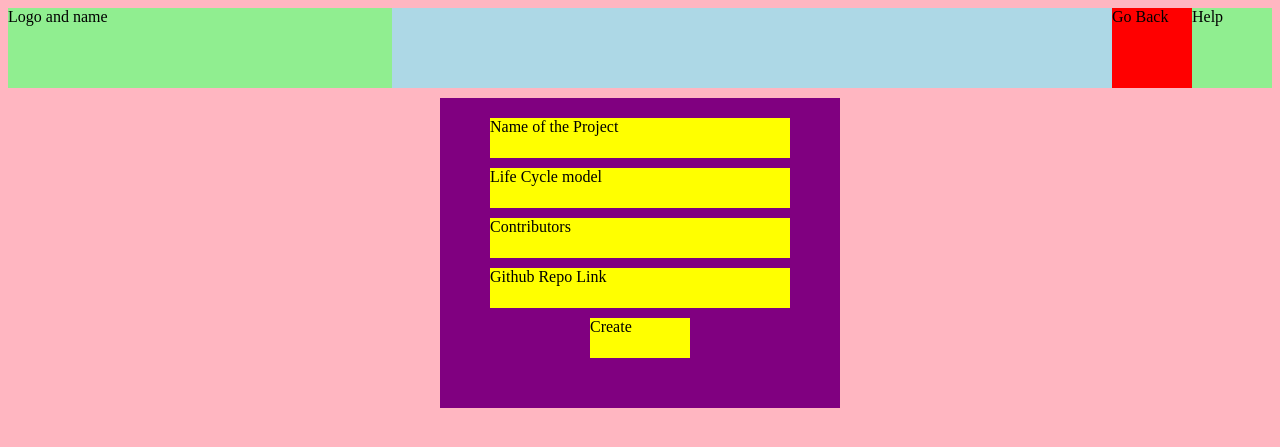
Repository: poornasyamasundar/Software-Project-Manager
Page: SoftwareManager/Templates/newProject.html
These files come from the project's save history. The page is drawn as it stood at one moment and after the next save; the edit follows.
The browser window is 1280 px wide. The pictures show the whole page.

Above is the page before, as saved 2021-10-21 22:18:15.

### SoftwareManager/Templates/newProject.html
<!DOCTYPE html>
<html>
	<head>
		<link rel = 'stylesheet' href = 'newProject.css'>
		<title>
			New Project
		</title>
	</head>
	<body>
		<div id = 'homeMenu'>
			<div id = 'logo'>Logo and name</div>
			<div id = 'help'>Help</div>
			<div id = 'goback'>Go Back</div>
		</div>
		<div id = 'newProjectBox'>
			<div id = 'name'>
				Name of the Project
			</div>
			<div id = 'model'>
				Life Cycle model
			</div>
			<div id = 'contributors'>
				Contributors
			</div>
			<div id = 'repositorylink'>
				Github Repo Link
			</div>
			<div id = 'create'>
				Create
			</div>
		</div>
	</body>
</html>

### SoftwareManager/Templates/newProject.css
body
{
	background-color: lightpink;
}
#homeMenu
{
	width: 100%;
	height: 80px;
	background-color: lightblue;
}
#logo
{
	width: 30vw;
	height: 80px;
	display: inline-block;
	background-color: lightgreen;
}
#goback
{
	width: 80px;
	height: 80px;
	display: inline-block;
	float: right;
	background-color: red;
}
#help
{
	width: 80px;
	height: 80px;
	display: inline-block;
	float: right;
	background-color: lightgreen;
}
#newProjectBox
{
	background-color: purple;
	width: 400px;
	margin: auto;
	height: 300px;
	margin-top: 10px;
	padding-top: 10px;
}
#create
{
	height: 40px;
	width: 100px;
	margin: auto;
	margin-top: 10px;
	background-color: yellow;
}
#name, #model, #contributors, #repositorylink
{
	height: 40px;
	width: 300px;
	margin: auto;
	margin-top: 10px;
	background-color: yellow;
}

After the next save:
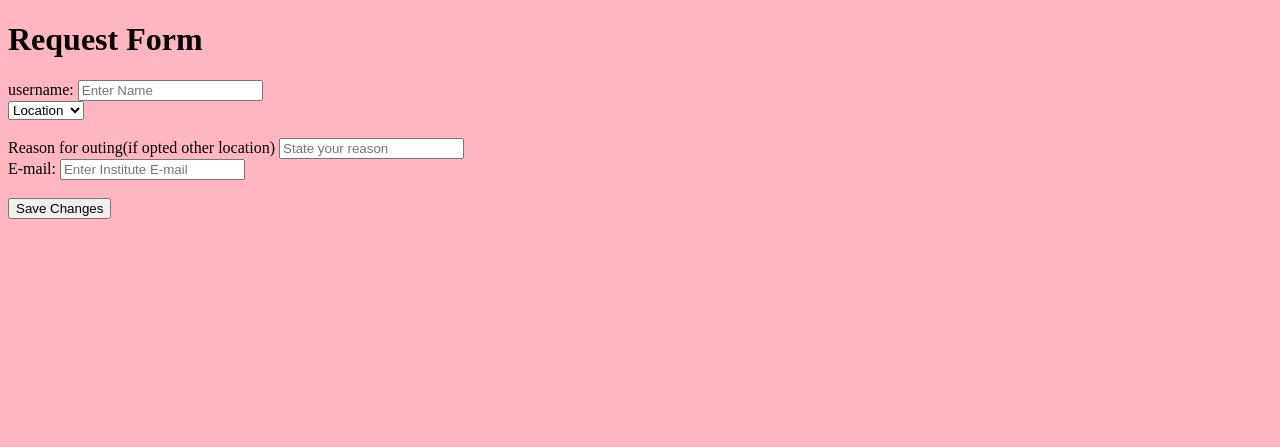
Saved 2 min 20 s later.
--- a/SoftwareManager/Templates/newProject.html
+++ b/SoftwareManager/Templates/newProject.html
@@ -7,7 +7,7 @@
 		</title>
 	</head>
 	<body>
-		<div id = 'homeMenu'>
+		<!-- <div id = 'homeMenu'>
 			<div id = 'logo'>Logo and name</div>
 			<div id = 'help'>Help</div>
 			<div id = 'goback'>Go Back</div>
@@ -28,6 +28,49 @@
 			<div id = 'create'>
 				Create
 			</div>
-		</div>
+		</div> -->
+
+		<div class="container">
+			<div class="row">
+			  <div class="col-lg-3"></div>
+
+			  <div class="col-lg-6">
+				<div id="ui">
+				  <h1>Request Form</h1>
+				  <form class="form-group text-center" action="/student/dashboard/requests/send" method="POST">
+					<div class="row">
+					  <div class="col-lg-6">
+						<label for="">username: </label>
+						<input type="text" name="name" class="form-control" placeholder="Enter Name">
+					  </div>
+					  <div class="col-lg-6">
+						<label for="empty-space"></label>
+						<select class="form-control" name="location">
+						  <option>Location</option>
+						  <option>Tirupati</option>
+						  <option>Yerpedu</option>
+						  <option>Talakona</option>
+						  <option>Others</option>
+						</select>
+					  </div>
+					</div>
+					<br>
+					<label>Reason for outing(if opted other location)</label>
+					<input type="text" name="reason" class="form-control" placeholder="State your reason">
+					<br>
+					<label>E-mail:</label>
+					<input type="email" name="email" class="form-control" placeholder="Enter Institute E-mail">
+					<br>
+					<br>
+					<input type="submit" name="submit" value="Save Changes" class="btn btn-primary btn-lg">
+				  </form>
+				</div>
+			  </div>
+
+			  <div class="col-lg-3"></div>
+			</div>
+		  </div>
+		  <script src="https://cdn.jsdelivr.net/npm/bootstrap@5.0.2/dist/js/bootstrap.bundle.min.js" integrity="sha384-MrcW6ZMFYlzcLA8Nl+NtUVF0sA7MsXsP1UyJoMp4YLEuNSfAP+JcXn/tWtIaxVXM" crossorigin="anonymous"></script>
+		</body>
 	</body>
 </html>
